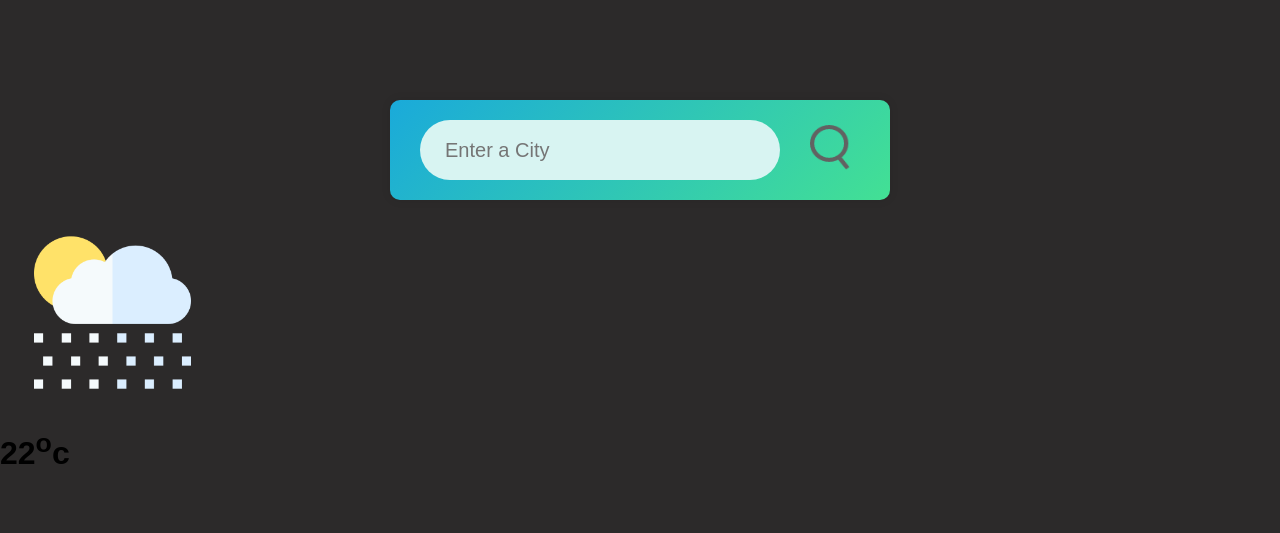
Repository: Haakim19/weatherApp
Page: index.html
An editor plug-in stored every save of this project. The page is shown before and after the next save, followed by the edit.
The browser window is 1280 px wide. The pictures show the whole page.

Above is the page before, as saved 2024-11-16 21:12:48.

### index.html
<!DOCTYPE html>
<html lang="en">
<head>
    <meta charset="UTF-8">
    <meta name="viewport" content="width=device-width, initial-scale=1.0">
    <title>Weather App</title>
    <link rel="stylesheet" href="style.css">
</head>
<body>
    <div class="card">
        <div class="search">
            <input type="text" placeholder="Enter a City" spellcheck="false">
            <button><img src="images/search.png"></button>
        </div>
    </div>
    <div class="weather">
        <img src="images/rain.png" class="weather-icon">
        <h1 class="temp">22<sup>o</sup>c</h1>
    </div>
</body>
</html>

### style.css
*{
    margin: 0;
    padding: 0;
    box-sizing: border-box;
    font-family: 'Poppins', sans-serif;
}

body{
    background: #2c2a2a;
}
.card{
    width: 90%;
    max-width: 500px;
    color: #fff;
    background:linear-gradient(135deg, #1aaada 0%, #43e094 100%);
    margin: 100px auto 0 ;
    border-radius: 10px;
    padding: 20px 30px;
    text-align: center;
    box-shadow: 0 0 10px rgba(0,0,0,0.1);
}
.search{
    width: 100%;
    display: flex;
    justify-content: space-between;
    align-items: center;
}
.search input{
    border:0;
    outline:0;
    background: #d8f4f2;
    padding: 10px 25px;
    border-radius: 40px;
    flex: 1;
    margin-right: 20px;
    font-size: 20px;
    height: 60px;
}
.search button{
    border:0;
    outline:0;
    background:none;
    /* padding: 10px 20px; */
    border-radius: 50%;
    font-size: 20px;
    cursor: pointer;
    height: 60px;
    width: 60px;
}
.search button img{
    width: 40px;
    height: 45px;

}

After the next save:
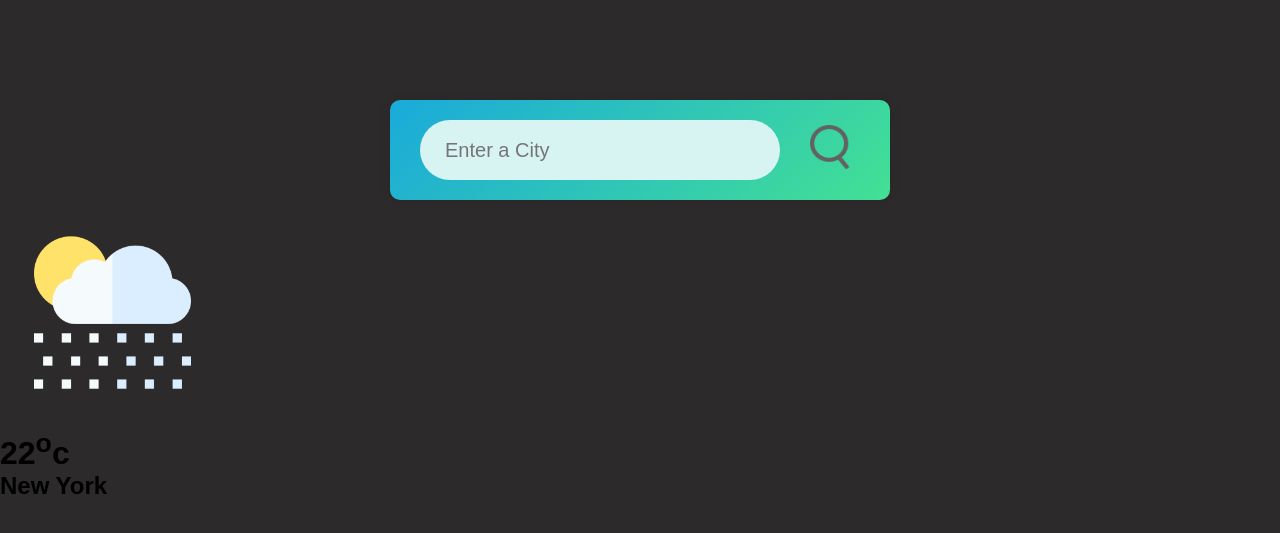
Saved 34 s later.
--- a/index.html
+++ b/index.html
@@ -16,6 +16,7 @@
     <div class="weather">
         <img src="images/rain.png" class="weather-icon">
         <h1 class="temp">22<sup>o</sup>c</h1>
+        <h2 class="city">New York</h2>
     </div>
 </body>
 </html>
